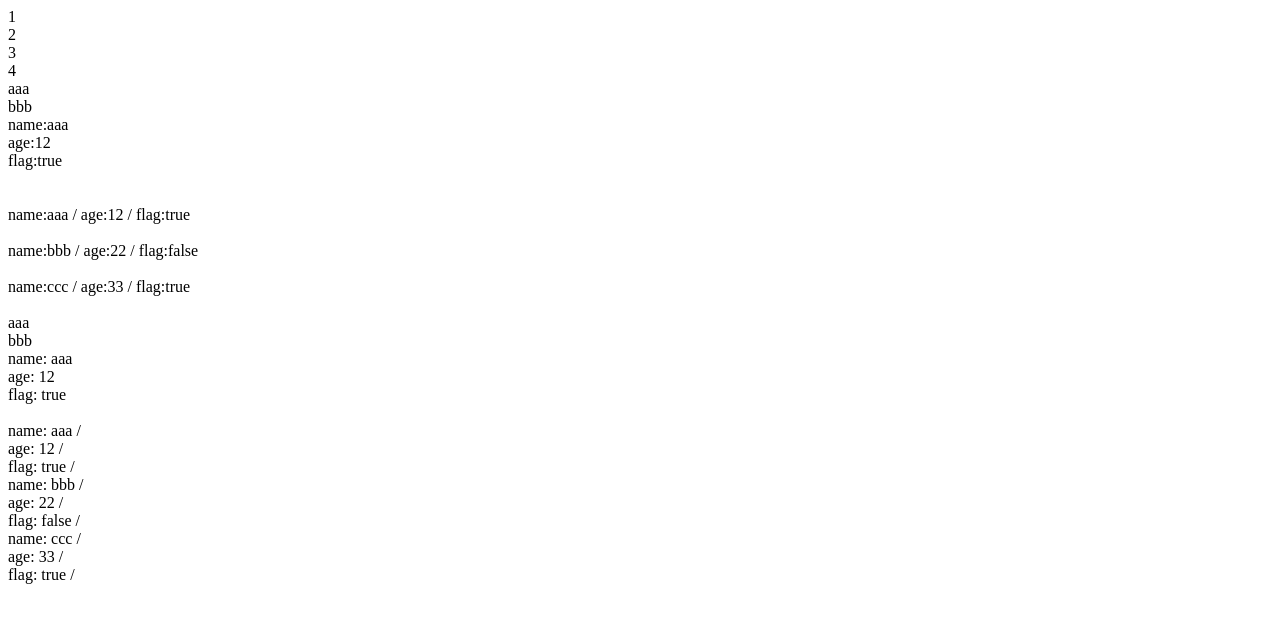
Repository: HmDol/Spring_study
Page: http://localhost/project1/javascript.jsp
An editor plug-in stored every save of this project. The page is shown before and after the next save, followed by the edit.
The browser window is 1280 px wide. The pictures show the whole page.
The page is served by Tomcat 10.

Above is the page before, as saved 2023-09-06 01:32:16.

After the next save:
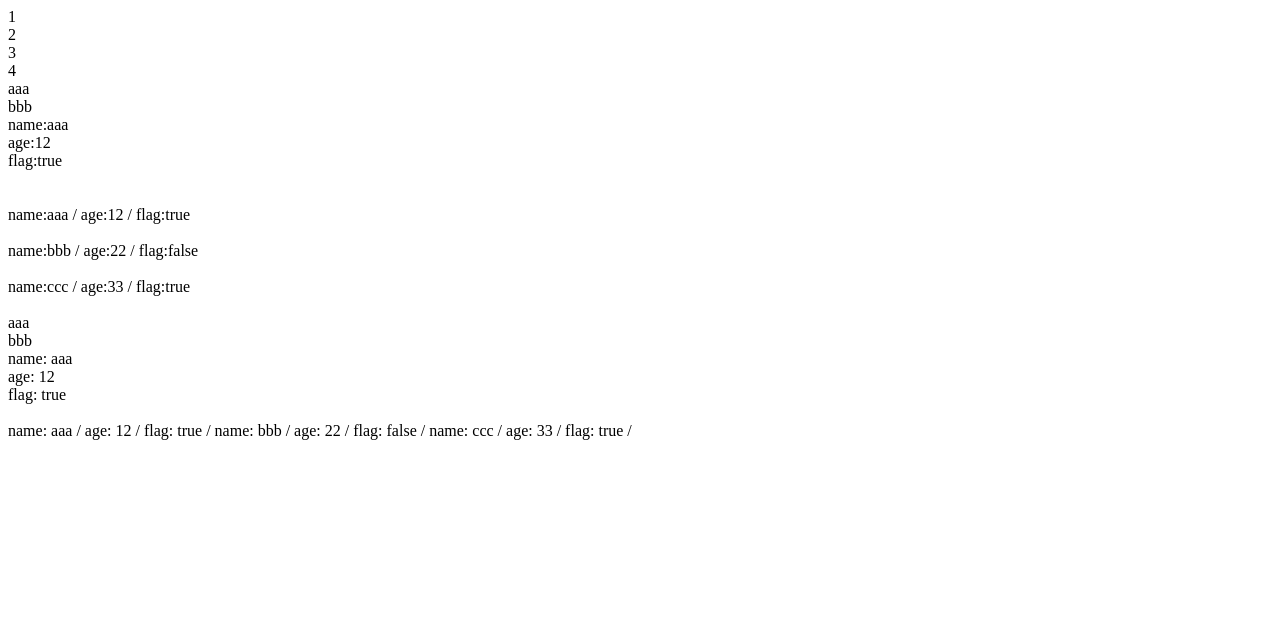
Saved 13 s later.
--- a/project1/src/main/webapp/javascript.jsp
+++ b/project1/src/main/webapp/javascript.jsp
@@ -54,7 +54,7 @@ document.write("<br>");
 
 for(let o of arr3){
 	for(let key in o){
-		document.write(key+": "+o[key]+" / " + "<br>");
+		document.write(key+": "+o[key]+" / ");
 
 	}
 }
